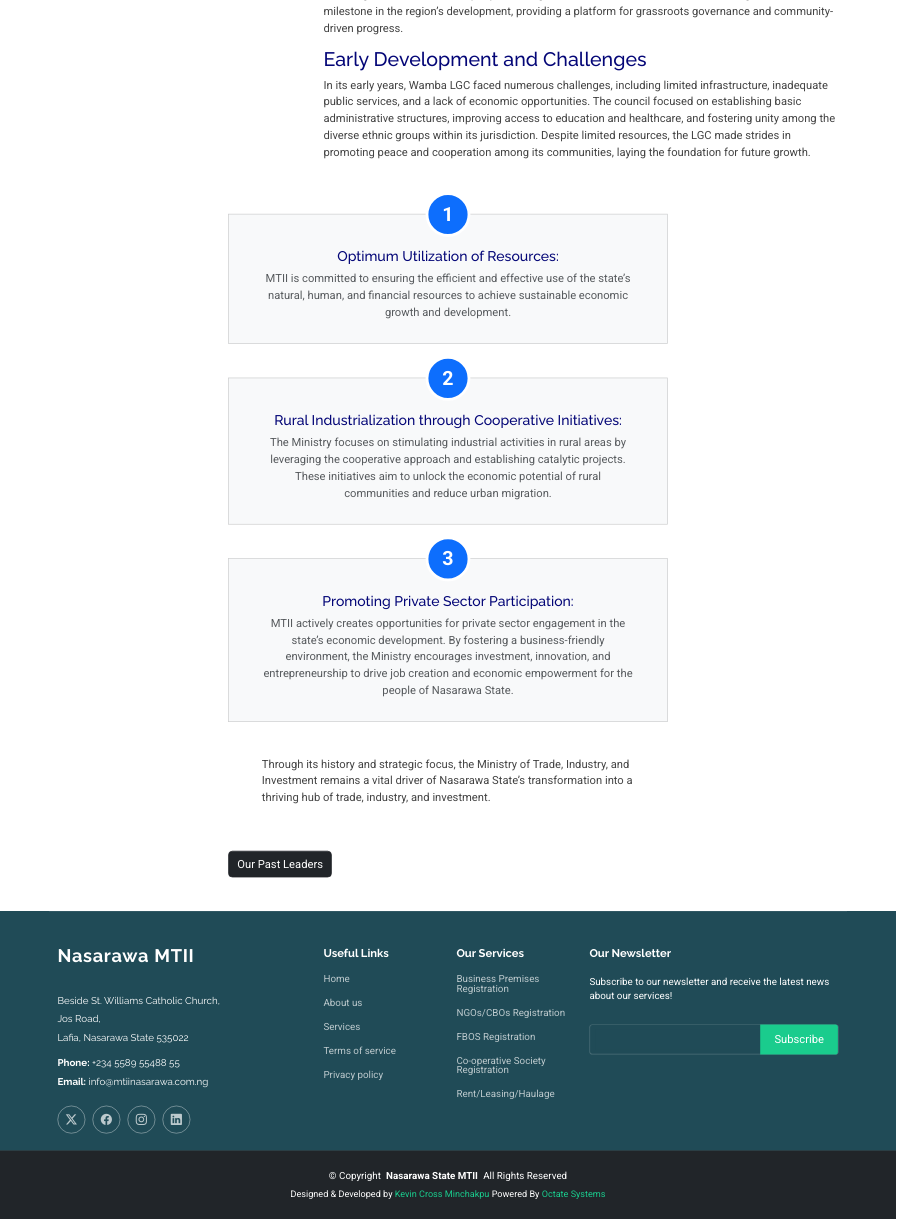
Repository: GlorifiedIntel/wamba-lgc
Page: wamba-history.html
The author's editor kept a copy of each file at every save. The page is drawn from the files as they stood at one save, then again after the next save.
The browser window is 1280 px wide. The page is 1292 px wide, so the pictures cover 1292 px, including what lies to the right of the window. The pictures show the part of the page from y = 719 to 2599 px (the page is 2460 px tall before and 2661 px after), at 70% of full size.

Above is the page before, as saved 2025-02-06 02:40:58.
Console error: TypeError: Cannot read properties of null (reading 'click')

### wamba-history.html
<!DOCTYPE html>
<html lang="en">

<head>
  <meta charset="utf-8">
  <meta http-equiv="X-UA-Compatible" content="IE=edge">
  <meta name="viewport" content="width=device-width, initial-scale=1.0">
  <meta name="format-detection" content="telephone=no">
  <meta name="apple-mobile-web-app-capable" content="yes">
  <meta name="author" content="Kevin Cross Minchakpu">
  <meta name="keywords" content="MTII, Nasarawa, Industry, Trade, Investment, Entrepreneur">
  <meta name="description" content="The Nasarawa State Ministry of Trade, Industry, and Investment promotes economic growth through trade, industrialization, and investment. It supports local industries, attracts investments, and fosters innovation to boost competitiveness and diversify the economy.">

  <!-- Favicons -->
  <link href="assets/img/favicon.png" rel="icon">
  <link href="assets/img/apple-touch-icon.png" rel="apple-touch-icon">

  <!-- Fonts -->
  <link href="https://fonts.googleapis.com" rel="preconnect">
  <link href="https://fonts.gstatic.com" rel="preconnect" crossorigin>
  <link href="https://fonts.googleapis.com/css2?family=Roboto:ital,wght@0,100;0,300;0,400;0,500;0,700;0,900;1,100;1,300;1,400;1,500;1,700;1,900&family=Poppins:ital,wght@0,100;0,200;0,300;0,400;0,500;0,600;0,700;0,800;0,900;1,100;1,200;1,300;1,400;1,500;1,600;1,700;1,800;1,900&family=Raleway:ital,wght@0,100;0,200;0,300;0,400;0,500;0,600;0,700;0,800;0,900;1,100;1,200;1,300;1,400;1,500;1,600;1,700;1,800;1,900&display=swap" rel="stylesheet">

  <!-- Vendor CSS Files -->
  <link href="assets/vendor/bootstrap/css/bootstrap.min.css" rel="stylesheet">
  <link href="assets/vendor/bootstrap-icons/bootstrap-icons.css" rel="stylesheet">
  <link href="assets/vendor/aos/aos.css" rel="stylesheet">
  <link href="assets/vendor/glightbox/css/glightbox.min.css" rel="stylesheet">
  <link href="assets/vendor/swiper/swiper-bundle.min.css" rel="stylesheet">

  <!-- Main CSS File -->
  <link href="assets/css/main.css" rel="stylesheet">
</head>

<body class="index-page">
  <header id="header" class="header d-flex align-items-center fixed-top bg-dark">
    <div class="container-fluid container-xl position-relative d-flex align-items-center justify-content-between">
      <a href="index.html" class="logo d-flex align-items-center">
        <img src="assets/img/logo.png" alt="" >
      </a>
      <nav id="navmenu" class="navmenu">
        <ul>
          <li><a href="index.html">Home</a></li>
          <li class="dropdown"><a href="about-mtii.html" class="active"><span>About</span> <i class="bi bi-chevron-down toggle-dropdown"></i></a>
            <ul>
              <li><a href="about-mtii.html">Nasarawa MTII</a></li>
                  <li><a href="mtii-history.html">MTII History</a></li>
                  <li><a href="the-commissioner.html" >The Commissioner</a></li>
                  <li><a href="the-secretary.html" >The Permanent Secretary</a></li>
                  <li><a href="directors.html" >Our Directors</a></li>
                  <li><a href="contact-us.html" >Our Contact</a></li>
            </ul>
          </li>

          <li class="dropdown"><a href="business-reforms.html"><span>Business Enabling Reforms</span> <i class="bi bi-chevron-down toggle-dropdown"></i></a>
            <ul>
              <li><a href="business-plans.html">Business Enabling Action Plan</a></li>
                  <li><a href="grievance.html">Grievance Redress Mechanism</a></li>
                  <li><a href="application-guidelines.html" >Application Guidelines</a></li>
                  <li><a href="legal-framework.html" >Legal Framework</a></li>
                  <li><a href="investment-opportunities.html" >Investment Opportunities</a></li>
            </ul>
          </li>

          <li class="dropdown"><a href="departments.html"><span>Departments</span> <i class="bi bi-chevron-down toggle-dropdown"></i></a>
            <ul>
              <li><a href="admin.html">Administration & Supply</a></li>
              <li><a href="cooperative.html">Cooperative & Thrift</a></li>
              <li><a href="finance.html">Finance & Account</a></li>
              <li><a href="investment.html">Industry & Investment</a></li>
              <li><a href="planning.html">Planning/Research/Statistics</a></li>
              <li><a href="trade.html">Trade</a></li>
            </ul>
          </li>

          <li class="dropdown"><a href="projects.html"><span>Projects</span> <i class="bi bi-chevron-down toggle-dropdown"></i></a>
            <ul>
              <li><a href="completed.html">Completed Projects</a></li>
                  <li><a href="ongoing.html">Ongoing Projects</a></li>
                  <li><a href="proposed.html" >Proposed Projects</a></li>
            </ul>
          </li>

          <li class="dropdown"><a href="registration.html"><span>Registration</span> <i class="bi bi-chevron-down toggle-dropdown"></i></a>
            <ul>
              <li><a href="howtoregister.html">How To Register</a></li>
                  <li><a href="online-registration.html">Online Registration</a></li>
                  <li><a href="businame-name.html" >Business Name Registration</a></li>
                  <li><a href="business-premises.html" >Business Premises Registration</a></li>
                  <li><a href="faqs.html" >FAQs</a></li>
            </ul>
          </li>
        </ul>
        <i class="mobile-nav-toggle d-xl-none bi bi-list"></i>
      </nav>

    </div>
  </header>

  <main class="main">

    <!-- Page Title -->
    <div class="page-title dark-background" data-aos="fade">
      <div class="heading">
        <div class="container">
          <div class="row d-flex justify-content-center text-center">
            <div class="col-lg-8">
              <h1>Our History</h1>
              <p class="mb-0">The Ministry of Trade, Industry, and Investment (MTII) was established following the creation of Nasarawa State on October 1, 1996, by the then Military Head of State, General Sani Abacha. Since its inception, the Ministry has been at the forefront of driving economic growth and development within the state.</p>
            </div>
          </div>
        </div>
      </div>
      <nav class="breadcrumbs">
        <div class="container">
          <ol>
            <li><a href="index.html">Home</a></li>
            <li><a href="about-mtii.html">About Wamba LGC</a></li>
            <li class="current">Our History</li>
          </ol>
        </div>
      </nav>
    </div><!-- End Page Title -->
    <section id="starter-section" class="starter-section section">
      <div class="container text-center">
        <div class="row justify-content-start">
          <div class="col-md-4 left-column">
            <div class="mtii-vertical-menu">
              <a href="about-mtii.html" class="active">About Wamba LGC</a>
              <a href="about-mtii.html">Our Mission</a>
              <a href="the-commissioner.html">The Executive Chairman</a>
              <a href="the-deputy.html">The Deputy Chairman</a>
              <a href="the-secretary.html">The Secretary</a>
              <a href="departments.html">Departments</a>
              <a href="registration-fee.html">Registration Fees</a>
              <a href="online-registration.html">Registration</a>
              <a href="strategic-plans.html">Strategic Plan</a>
              <a href="climate-change.html">Climate change Information Hub</a>
              <a href="our-history.html">Our History</a>
              <a href="our-policies.html">Our Policies</a>
              <a href="contact-us.html">Contact Us</a>
            </div>
          </div>
          <div class="col-md-8 right-column text-start">
            <h2>Our History</h2>
            <h3>Creation and Early Years</h3>
            <p>Wamba Local Government Council (LGC) was established in [insert year of creation, if known], as part of the broader local government reforms in Nigeria aimed at bringing governance closer to the people. Located in Nasarawa State, Wamba LGC was carved out to serve the administrative, social, and economic needs of the Wamba community, which is predominantly inhabited by diverse ethnic groups, including the Rindre, Kantana people, among others. The creation of the LGC was a significant milestone in the region’s development, providing a platform for grassroots governance and community-driven progress.            </p>
          <h3>Early Development and Challenges</h3>
          <p>In its early years, Wamba LGC faced numerous challenges, including limited infrastructure, inadequate public services, and a lack of economic opportunities. The council focused on establishing basic administrative structures, improving access to education and healthcare, and fostering unity among the diverse ethnic groups within its jurisdiction. Despite limited resources, the LGC made strides in promoting peace and cooperation among its communities, laying the foundation for future growth.          </p>
          </div>
        </div>
    </section><!-- /Starter Section Section -->
    <div class="row justify-content-center">
			<div class="col-md-6">
				<!-- Step -->
				<div class="card rounded-0 text-center p-3 bg-light px-5 mb-5">
					<div class="d-flex rounded-circle mx-auto align-items-center justify-content-center text-white fs-3 fw-bold bg-primary border border-white border-4" style="width: 4rem; height:4rem; margin-top: -3rem;">
						1
					</div>
					<h5 class="mt-3">Optimum Utilization of Resources:</h5>
					<p class="text-muted">MTII is committed to ensuring the efficient and effective use of the state’s natural, human, and financial resources to achieve sustainable economic growth and development.</p>
				</div>
				<!-- Step -->
				<div class="card rounded-0 text-center p-3 bg-light px-5 mb-5">
					<div class="d-flex rounded-circle mx-auto align-items-center justify-content-center text-white fs-3 fw-bold bg-primary border border-white border-4" style="width: 4rem; height:4rem; margin-top: -3rem;">
						2
					</div>
					<h5 class="mt-3">Rural Industrialization through Cooperative Initiatives:</h5>
					<p class="text-muted">The Ministry focuses on stimulating industrial activities in rural areas by leveraging the cooperative approach and establishing catalytic projects. These initiatives aim to unlock the economic potential of rural communities and reduce urban migration.</p>
				</div>
				<!-- Step -->
				<div class="card rounded-0 text-center p-3 bg-light px-5 mb-5">
					<div class="d-flex rounded-circle mx-auto align-items-center justify-content-center text-white fs-3 fw-bold bg-primary border border-white border-4" style="width: 4rem; height:4rem; margin-top: -3rem;">
						3
					</div>
					<h5 class="mt-3">Promoting Private Sector Participation:</h5>
					<p class="text-muted">MTII actively creates opportunities for private sector engagement in the state’s economic development. By fostering a business-friendly environment, the Ministry encourages investment, innovation, and entrepreneurship to drive job creation and economic empowerment for the people of Nasarawa State.</p>
				</div>
        <p class="mx-5">Through its history and strategic focus, the Ministry of Trade, Industry, and Investment remains a vital driver of Nasarawa State’s transformation into a thriving hub of trade, industry, and investment.</p>
        <a class="btn btn-dark my-5 align-items-center" href="#" role="button">Our Past Leaders</a>
      </div>
      <div >
     </div>
		</div>
	</div>
    </main>
  <!--Main End-->

<!--Footer Start-->
<footer id="footer" class="footer dark-background">

  <div class="container footer-top">
    <div class="row gy-4">
      <div class="col-lg-4 col-md-6 footer-about">
        <a href="index.html" class="logo d-flex align-items-center">
          <span class="sitename">Nasarawa MTII</span>
        </a>
        <div class="footer-contact pt-3">
          <p>Beside St. Williams Catholic Church,</p>
          <p>Jos Road,</p>
          <p>Lafia, Nasarawa State 535022</p>
          <p class="mt-3"><strong>Phone:</strong> <span>+234 5589 55488 55</span></p>
          <p><strong>Email:</strong> <span>info@mtiinasarawa.com.ng</span></p>
        </div>
        <div class="social-links d-flex mt-4">
          <a href=""><i class="bi bi-twitter-x"></i></a>
          <a href=""><i class="bi bi-facebook"></i></a>
          <a href=""><i class="bi bi-instagram"></i></a>
          <a href=""><i class="bi bi-linkedin"></i></a>
        </div>
      </div>

      <div class="col-lg-2 col-md-3 footer-links">
        <h4>Useful Links</h4>
        <ul>
          <li><a href="index.html">Home</a></li>
          <li><a href="about-mtii.html">About us</a></li>
          <li><a href="services.html">Services</a></li>
          <li><a href="terms-of-use.html">Terms of service</a></li>
          <li><a href="privacy-policy.html">Privacy policy</a></li>
        </ul>
      </div>

      <div class="col-lg-2 col-md-3 footer-links">
        <h4>Our Services</h4>
        <ul>
          <li><a href="business-premises.html">Business Premises Registration</a></li>
          <li><a href="ngo-cbo-registration.html">NGOs/CBOs Registration</a></li>
          <li><a href="fbo-registration.html">FBOS Registration</a></li>
          <li><a href="cooperative-registration.html">Co-operative Society Registration</a></li>
          <li><a href="rent.html">Rent/Leasing/Haulage</a></li>
        </ul>
      </div>

      <div class="col-lg-4 col-md-12 footer-newsletter">
        <h4>Our Newsletter</h4>
        <p>Subscribe to our newsletter and receive the latest news about our services!</p>
        <form action="forms/newsletter.php" method="post" class="php-email-form">
          <div class="newsletter-form"><input type="email" name="email"><input type="submit" value="Subscribe"></div>
          <div class="loading">Loading</div>
          <div class="error-message"></div>
          <div class="sent-message">Your subscription request has been sent. Thank you!</div>
        </form>
      </div>

    </div>
  </div>

  <div class="container-fluid copyright text-center mt-4 bg-dark">
    <p>© <span>Copyright</span> <strong class="px-1 sitename">Nasarawa State MTII</strong> <span>All Rights Reserved</span></p>
    <div class="credits">
      Designed & Developed by <a href="https://kevinomics.com/">Kevin Cross Minchakpu</a> Powered By <a href="https://octatesystems.com">Octate Systems</a>
    </div>
  </div>

</footer>

<!-- Scroll Top -->

<button id="scroll-top" class="scroll-top d-flex bg-dark align-items-center justify-content-center"><i class="bi bi-arrow-up-short"></i></button>
<!-- Preloader -->
<div id="preloader"></div>

<!-- Vendor JS Files -->
<script src="assets/vendor/bootstrap/js/bootstrap.bundle.min.js"></script>
<script src="assets/vendor/php-email-form/validate.js"></script>
<script src="assets/vendor/aos/aos.js"></script>
<script src="assets/vendor/glightbox/js/glightbox.min.js"></script>
<script src="assets/vendor/purecounter/purecounter_vanilla.js"></script>
<script src="assets/vendor/swiper/swiper-bundle.min.js"></script>

<!-- Main JS File -->
<script src="assets/js/main.js"></script>
<script src="assets/js/reforms.js"></script>

</body>

</html>

Loaded but not shown: assets/vendor/bootstrap/css/bootstrap.min.css (library); assets/vendor/bootstrap-icons/bootstrap-icons.css (library); assets/vendor/aos/aos.css (library); assets/vendor/glightbox/css/glightbox.min.css (library); assets/vendor/swiper/swiper-bundle.min.css (library); assets/vendor/bootstrap/js/bootstrap.bundle.min.js (library); assets/vendor/php-email-form/validate.js (common file); assets/vendor/aos/aos.js (library); assets/vendor/glightbox/js/glightbox.min.js (library); assets/vendor/purecounter/purecounter_vanilla.js (library); assets/vendor/swiper/swiper-bundle.min.js (library); assets/js/main.js (181 lines, source omitted); assets/js/reforms.js (43 lines, source omitted); assets/css/main.css (1741 lines, source omitted)

After the next save:
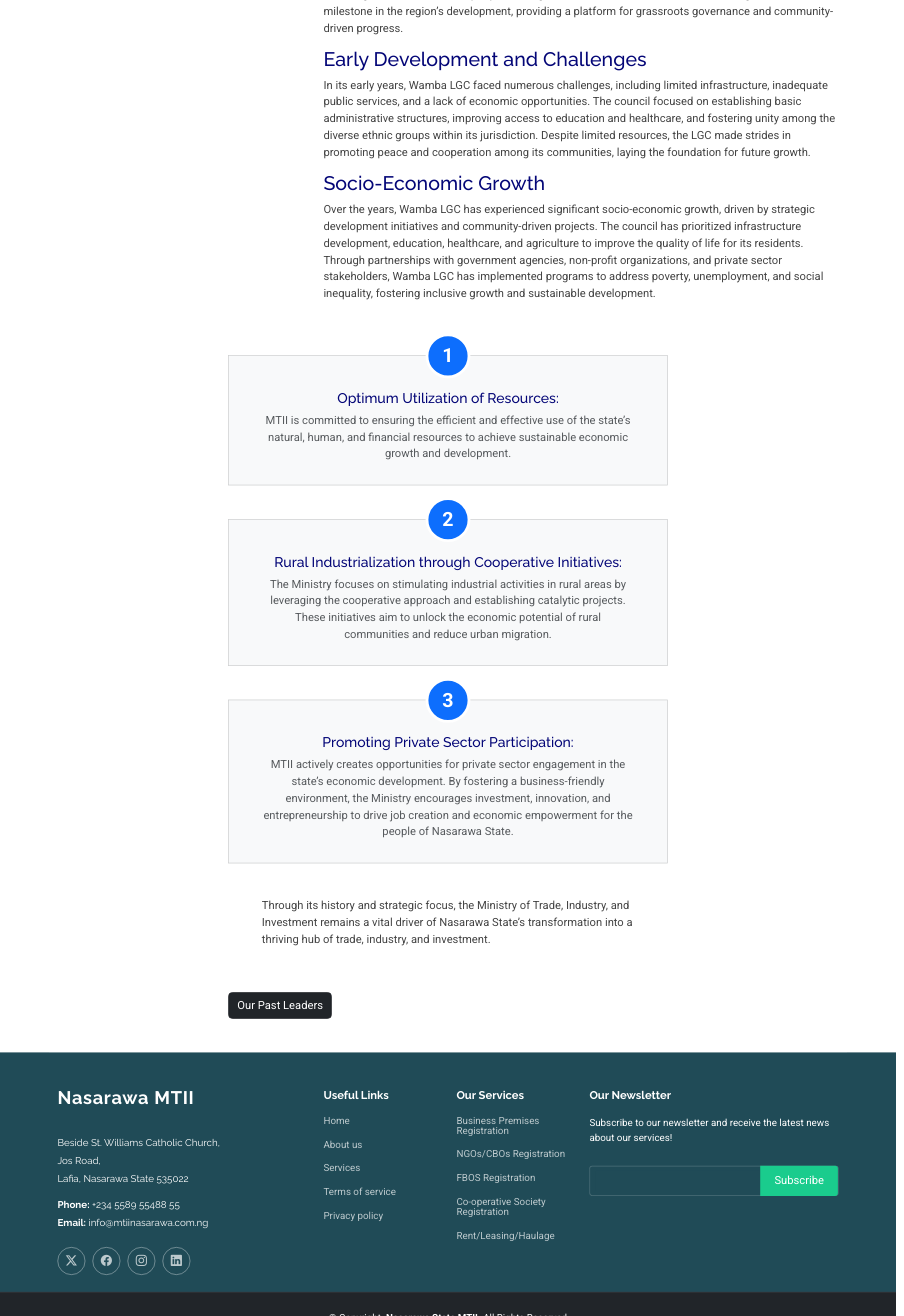
Saved 2 min 2 s later.
--- a/wamba-history.html
+++ b/wamba-history.html
@@ -145,7 +145,9 @@
             <h3>Creation and Early Years</h3>
             <p>Wamba Local Government Council (LGC) was established in [insert year of creation, if known], as part of the broader local government reforms in Nigeria aimed at bringing governance closer to the people. Located in Nasarawa State, Wamba LGC was carved out to serve the administrative, social, and economic needs of the Wamba community, which is predominantly inhabited by diverse ethnic groups, including the Rindre, Kantana people, among others. The creation of the LGC was a significant milestone in the region’s development, providing a platform for grassroots governance and community-driven progress.            </p>
           <h3>Early Development and Challenges</h3>
-          <p>In its early years, Wamba LGC faced numerous challenges, including limited infrastructure, inadequate public services, and a lack of economic opportunities. The council focused on establishing basic administrative structures, improving access to education and healthcare, and fostering unity among the diverse ethnic groups within its jurisdiction. Despite limited resources, the LGC made strides in promoting peace and cooperation among its communities, laying the foundation for future growth.          </p>
+          <p>In its early years, Wamba LGC faced numerous challenges, including limited infrastructure, inadequate public services, and a lack of economic opportunities. The council focused on establishing basic administrative structures, improving access to education and healthcare, and fostering unity among the diverse ethnic groups within its jurisdiction. Despite limited resources, the LGC made strides in promoting peace and cooperation among its communities, laying the foundation for future growth.</p>
+          <h3>Socio-Economic Growth</h3>
+          <p>Over the years, Wamba LGC has experienced significant socio-economic growth, driven by strategic development initiatives and community-driven projects. The council has prioritized infrastructure development, education, healthcare, and agriculture to improve the quality of life for its residents. Through partnerships with government agencies, non-profit organizations, and private sector stakeholders, Wamba LGC has implemented programs to address poverty, unemployment, and social inequality, fostering inclusive growth and sustainable development.</p>
           </div>
         </div>
     </section><!-- /Starter Section Section -->
